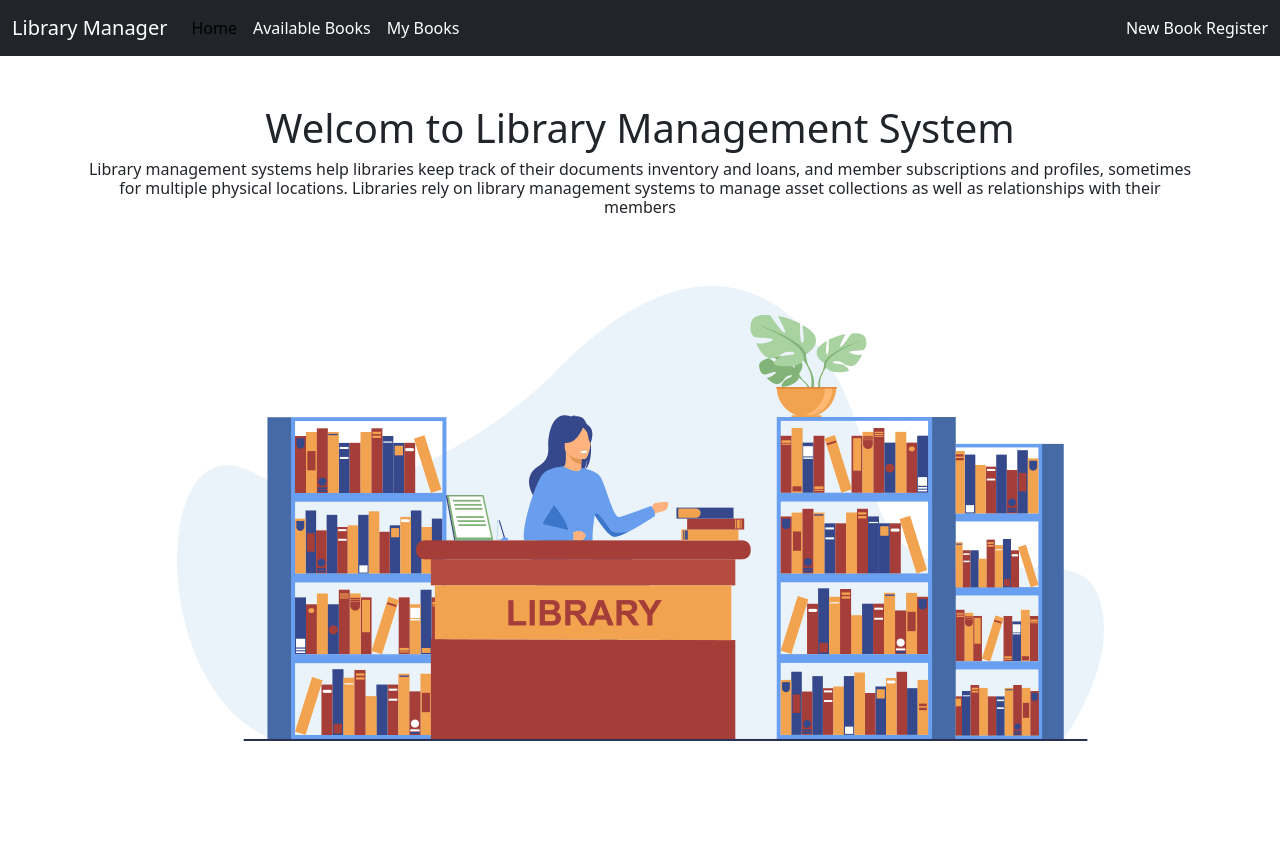
Repository: AkashCoder99/Spring-Libraray-Management
Page: http://localhost/home
An editor plug-in stored every save of this project. The page is shown before and after the next save, followed by the edit.
The browser window is 1280 px wide. The pictures show the whole page.
The page is this project's Thymeleaf template; nobody is signed in. The template is opened directly, without the code that normally fills it, so the values that code supplies are empty.

Above is the page before, as saved 2023-05-29 17:31:50.

After the next save:
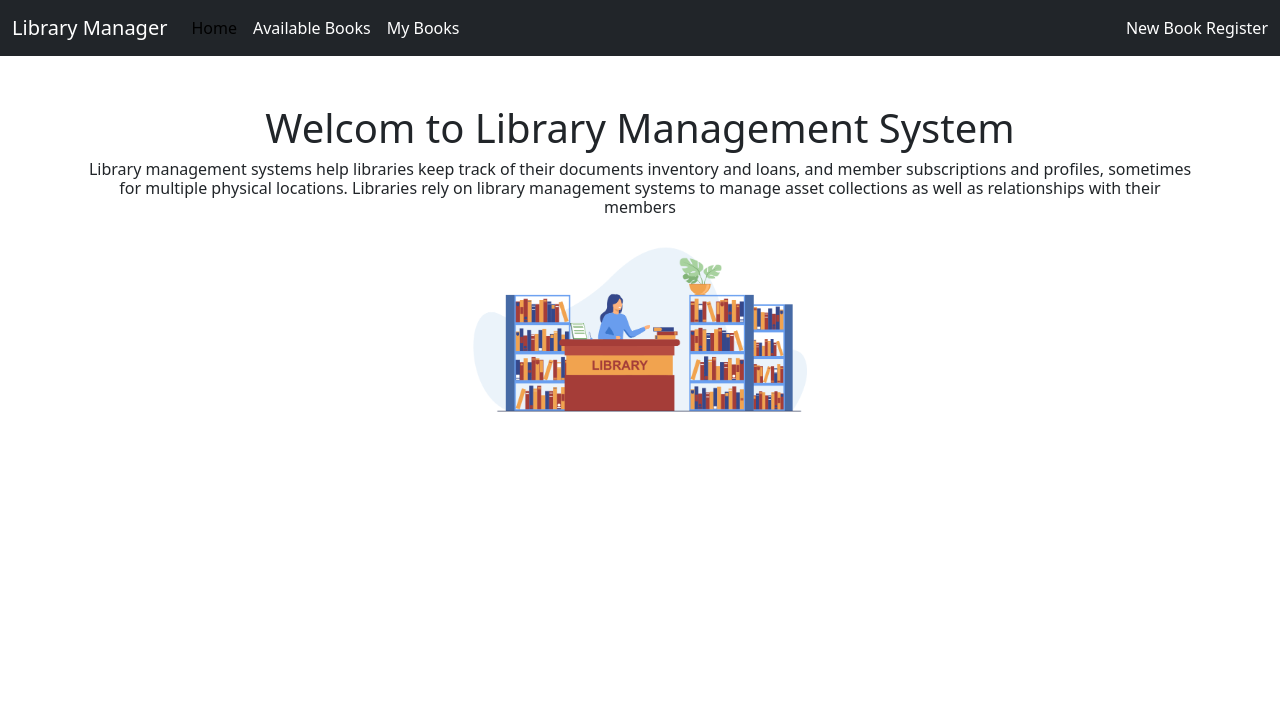
Saved 22 s later.
--- a/bookStore/src/main/resources/templates/home.html
+++ b/bookStore/src/main/resources/templates/home.html
@@ -37,7 +37,7 @@
 		<h6>Library management systems help libraries keep track of their documents inventory and loans,
 			and member subscriptions and profiles, sometimes for multiple physical locations.
 			 Libraries rely on library management systems to manage asset collections as well as relationships with their members</h6>
-		<img src="/images/HomePageLibrary.png">
+		<img src="/images/HomePageLibrary.png" width="360px">
 	</div>
     <script src="https://cdn.jsdelivr.net/npm/bootstrap@5.3.0-alpha3/dist/js/bootstrap.bundle.min.js" integrity="sha384-ENjdO4Dr2bkBIFxQpeoTz1HIcje39Wm4jDKdf19U8gI4ddQ3GYNS7NTKfAdVQSZe" crossorigin="anonymous"></script>
   </body>
